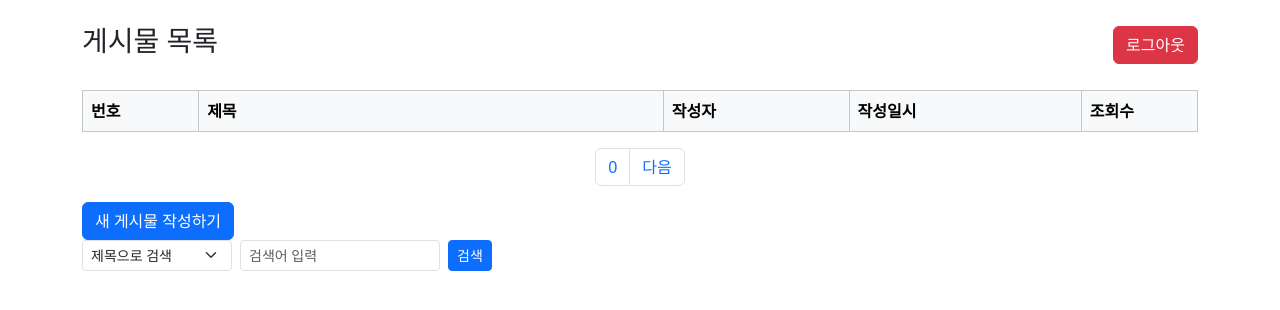
Repository: LHH-commits/SpringBoot_simple_board
Page: http://localhost/lcomputerstudy/WEB-INF/views/list.jsp
These files come from the project's save history. The page is drawn as it stood at one moment and after the next save; the edit follows.
The browser window is 1280 px wide. The pictures show the whole page.
The page is served by Tomcat 9. Nobody is signed in. The template is opened directly, without the code that normally fills it, so the values that code supplies are empty.

Above is the page before, as saved 2024-09-23 01:35:48.

After the next save:
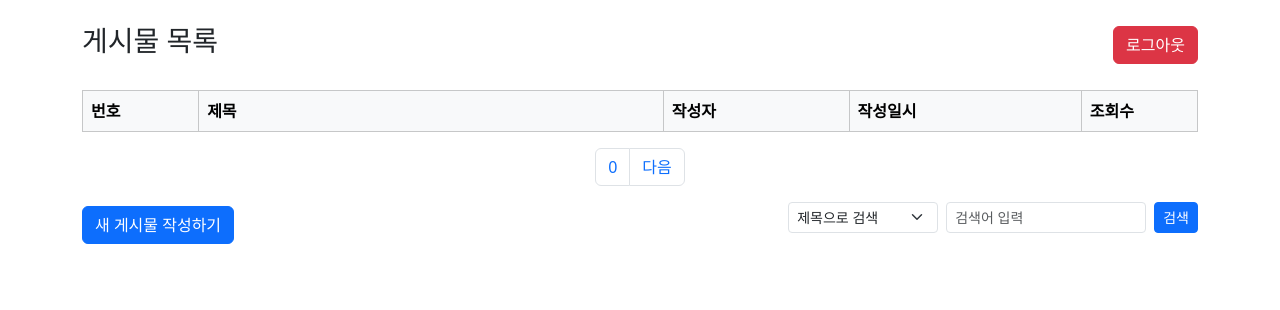
Saved 76 s later.
--- a/lcomputerstudy/src/main/webapp/WEB-INF/views/list.jsp
+++ b/lcomputerstudy/src/main/webapp/WEB-INF/views/list.jsp
@@ -144,6 +144,7 @@
 		    </c:if>
 		</ul>
 	</nav>
+	<div class="d-flex justify-content-between align-items-center mb-4">
         <a href="/insertBoard" class="btn btn-primary">새 게시물 작성하기</a>
         <form action="/list" method="get" class="d-flex mb-3">
 	    <select name="searchOption" class="form-select form-select-sm me-2" style="width:150px">
@@ -154,6 +155,7 @@
     	<input type="text" name="searchKeyword" class="form-control form-control-sm me-2" style="width:200px" value="${searchparam.searchKeyword != null ? searchparam.searchKeyword : ''}" placeholder="검색어 입력">
    		<button type="submit" class="btn btn-primary btn-sm">검색</button>
 	</form>
+	</div>
     </div>
 </body>
 </html>
